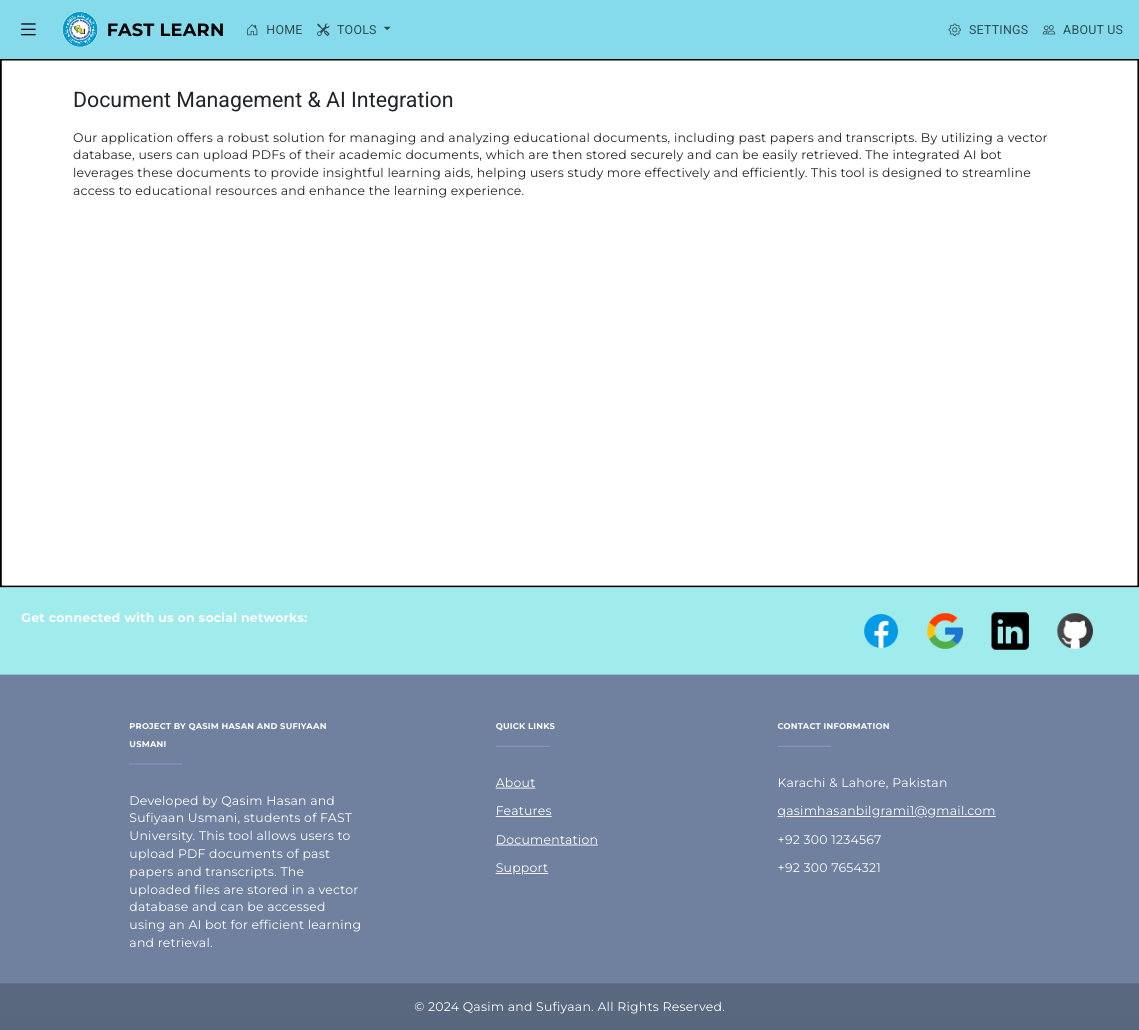
Repository: fastlearn-e0c9858e10ed/Frontend
Page: / (app in fastlearn/)
An editor plug-in stored every save of this project. The page is shown before and after the next save, followed by the edit.
The browser window is 1280 px wide. The pictures show the whole page, at 89% of full size.
The project was rebuilt for these pictures with package versions that can differ from the ones it lists, and the page was loaded fresh each time. Also part of the build but not shown: fastlearn/angular.json.

Above is the page before, as saved 2024-08-19 10:43:34.

After the next save:
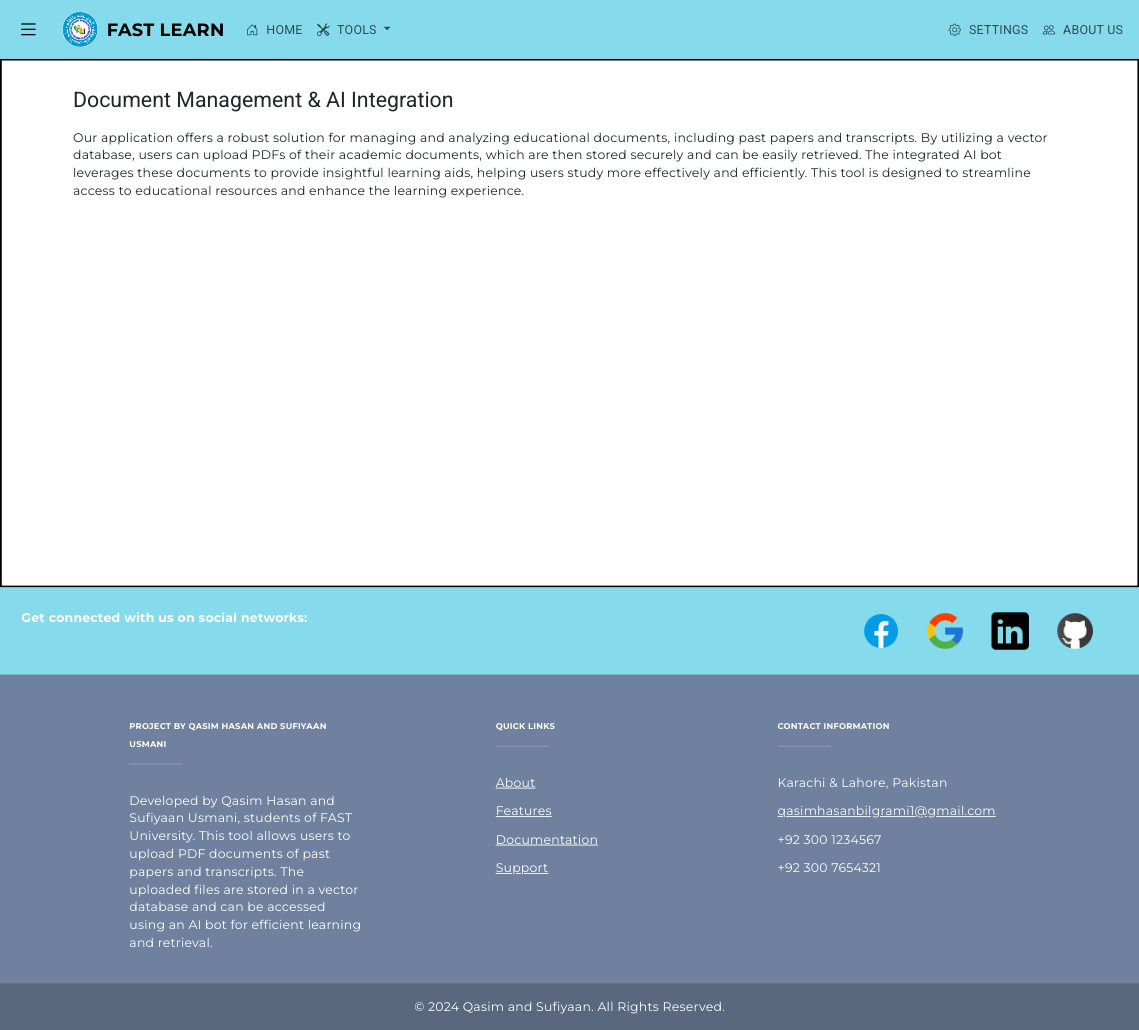
Saved 30 s later.
--- a/fastlearn/src/app/components/footer-page/footer-page.component.css
+++ b/fastlearn/src/app/components/footer-page/footer-page.component.css
@@ -13,7 +13,7 @@
 
 /* Social media section styling */
 .social-media-section {
-  background-color: #a0ebeb; /* Green background color */
+  background-color: #85dbeb; /* Green background color */
   font-weight: bold;
 }
 
